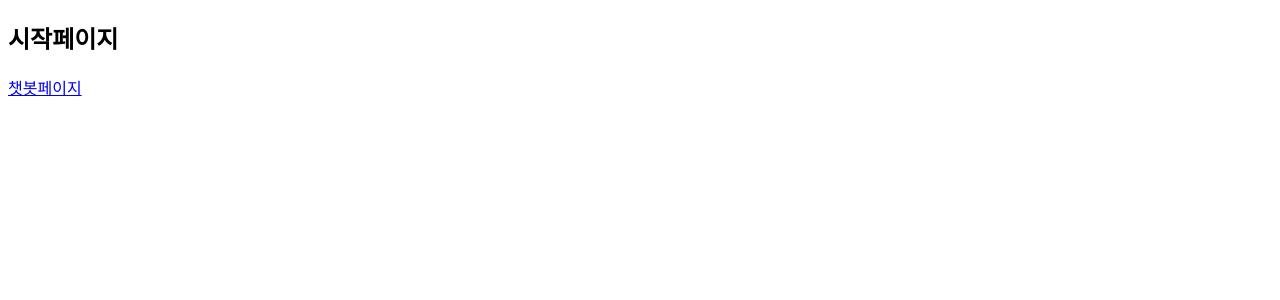
Repository: bagjeesoo/midproject
Page: http://localhost/tripin/
The author's editor kept a copy of each file at every save. The page is drawn from the files as they stood at one save, then again after the next save.
The browser window is 1280 px wide. The pictures show the whole page.
The page is served by Tomcat 9.

Above is the page before, as saved 2025-05-12 07:03:33.

After the next save:
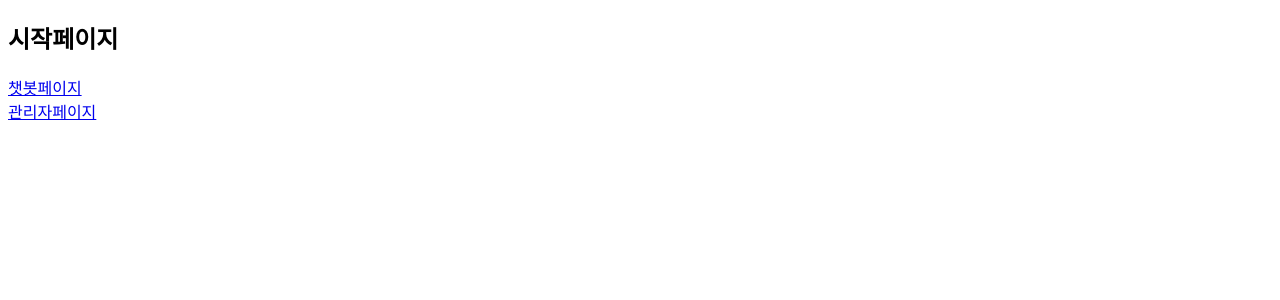
Saved 41 s later.
--- a/tripin/src/main/webapp/index.jsp
+++ b/tripin/src/main/webapp/index.jsp
@@ -11,6 +11,8 @@
 <h2>시작페이지</h2>
 
 <a href="chatbot.do">챗봇페이지</a>
+<br/>
+<a href="admin.do">관리자페이지</a>
 
 </body>
 </html>
